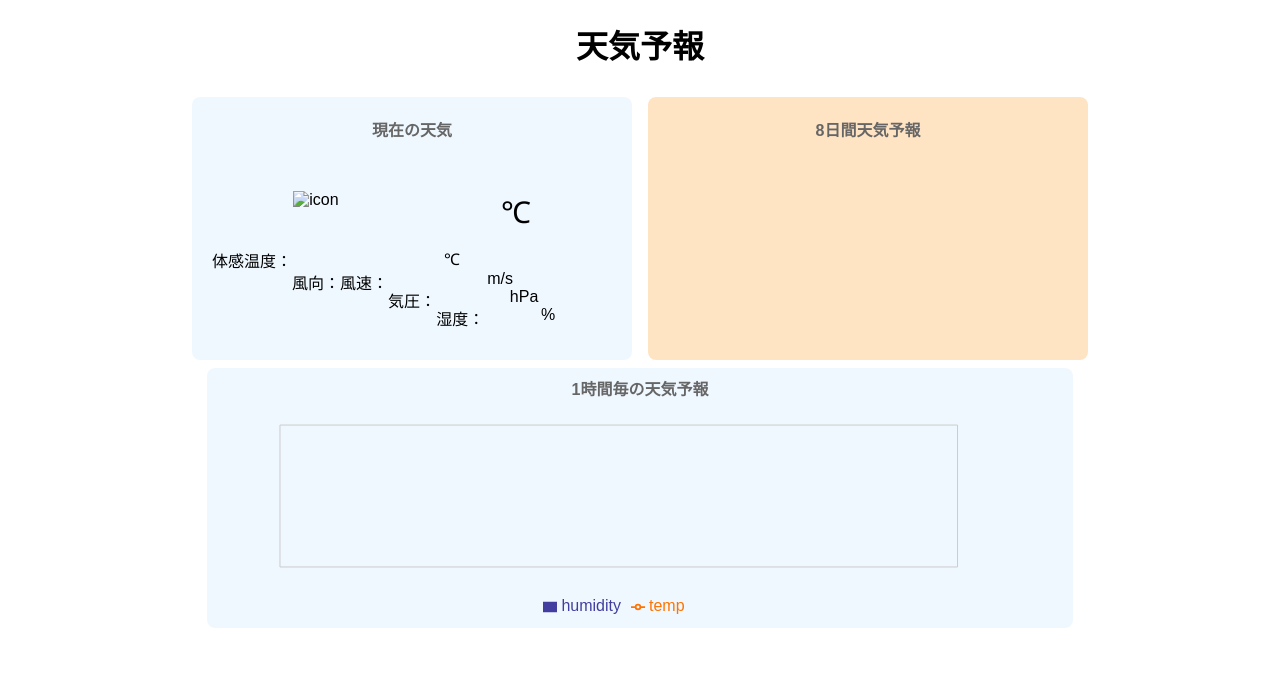
Repository: IshigureTomoki/weather-app
Page: /
An editor plug-in stored every save of this project. The page is shown before and after a run of saves, followed by the edit.
The browser window is 1280 px wide. The pictures show the whole page.
The page's requests for data from a server got no answer. The project was rebuilt for these pictures with package versions that can differ from the ones it lists, and the page was loaded fresh each time. No one was signed in, and anything a server would have sent is missing.

Above is the page before, as saved 2022-02-25 15:03:03.

### src/App.tsx
import axios from "axios";
import { report } from "process";
import React, { useEffect, useState } from "react";
import { convertTypeAcquisitionFromJson } from "typescript";
import "./App.css";
import { LinePlot } from "./components/LinePlot";

function App() {
  useEffect(() => {
    wetherOneCall();
  }, []);

  type weatherReportType = {
    time: string;
    timezone: string;
    temp: string;
    feels_like: string;
    wind_deg: string;
    wind_speed: string;
    pressure: string;
    humidity: string;
    weatherDescription: string;
    weatherIcon: string;
  };

  type weatherDailyReportsType = {
    dt: number;
    temp: {
      max: string;
      min: string;
    };
    weather: [
      {
        description: string;
        icon: string;
        id: string;
        main: string;
      }
    ];
  };

  type weatherHourlyReportsType = {
    time: string;
    temp: string;
    humidity: string;
  };

  const [weatherReport, setWeatherReport] = useState<weatherReportType>();
  const [weatherDailyReports, setWeatherDailyReports] = useState<
    weatherDailyReportsType[]
  >([]);

  const [weatherHourlyReports, setWeatherHourlyReports] = useState<
    weatherHourlyReportsType[]
  >([]);
  const [serchCity, setSearchCity] = useState("");

  const time = (dt: number) => {
    const srTime = new Date(dt * 1000);
    const time = srTime.toLocaleTimeString();
    return `${time}`;
  };

  const hour = (dt: number) => {
    const srTime = new Date(dt * 1000);
    const hour = srTime.getHours();
    return `${hour}`;
  };

  const mday = (dt: number) => {
    const srTime = new Date(dt * 1000);
    const day = srTime.toLocaleDateString();
    return `${day}`;
  };

  const date = (dt: number) => {
    const srTime = new Date(dt * 1000);
    const date = srTime.getDate();
    return `${date}`;
  };

  const dayOfWeekStr = (dt: number) => {
    const srTime = new Date(dt * 1000);
    const day = srTime.getDay();
    const dayOfWeekStrJP = ["日", "月", "火", "水", "木", "金", "土"];
    return `(${dayOfWeekStrJP[day]})`;
  };

  const wetherOneCall = async () => {
    await axios
      .get(
        "https://api.openweathermap.org/data/2.5/onecall?lat=35.690&lon=139.692&lang=ja&units=metric&appid=ff86fbdda3c22e95ce0071f6a7826f6c"
      )
      .then((res) => {
        console.log(res);

        const get_wind_deg = (wind_deg: number) => {
          let r = "北↓";
          if (wind_deg >= 11.25) r = "北北東";
          if (wind_deg >= 33.75) r = "北東↙︎";
          if (wind_deg >= 56.25) r = "東北東";
          if (wind_deg >= 78.75) r = "東←";
          if (wind_deg >= 101.25) r = "東南東";
          if (wind_deg >= 123.75) r = "南東↖︎";
          if (wind_deg >= 146.25) r = "南南東";
          if (wind_deg >= 168.75) r = "南↑";
          if (wind_deg >= 191.25) r = "南南西";
          if (wind_deg >= 213.75) r = "南西↗︎";
          if (wind_deg >= 236.25) r = "西南西";
          if (wind_deg >= 258.75) r = "西→";
          if (wind_deg >= 281.25) r = "西北西";
          if (wind_deg >= 303.75) r = "北西↘︎";
          if (wind_deg >= 326.25) r = "北北西";
          return r;
        };

        const report = {
          time: `${mday(res.data.current.dt)} ${time(res.data.current.dt)}`,
          timezone: res.data.timezone,
          temp: res.data.current.temp,
          feels_like: res.data.current.feels_like,
          wind_deg: get_wind_deg(res.data.current.wind_deg),
          wind_speed: res.data.current.wind_speed,
          pressure: res.data.current.pressure,
          humidity: res.data.current.humidity,
          weatherDescription: res.data.current.weather[0].description,
          weatherIcon: `http://openweathermap.org/img/wn/${res.data.current.weather[0].icon}@2x.png`,
        };

        const hourlyreports = res.data.hourly.map(
          (hourly: any, index: number) => {
            return {
              time: hour(hourly.dt),
              temp: hourly.temp,
              humidity: hourly.humidity,
            };
          }
        );

        hourlyreports.length = 24;

        console.log(report);
        setWeatherReport(report);
        setWeatherDailyReports(res.data.daily);
        console.log(hourlyreports);
        setWeatherHourlyReports(hourlyreports);
      });
  };
  return (
    <>
      <div className="App">
        <h1>天気予報</h1>
        <div className="upper">
          <div className="now-area">
            <div className="title">現在の天気</div>
            <div className="nowtime">{weatherReport?.time}</div>
            <div className="nowplace">{weatherReport?.timezone}</div>
            <div className="nowtemps">
              <div>
                <img src={weatherReport?.weatherIcon} alt="icon" width={120} />
              </div>
              <div>
                <div className="nowtemp">{weatherReport?.temp}℃</div>
                <div className="nowdes">
                  {weatherReport?.weatherDescription}
                </div>
              </div>
            </div>
            <dl>
              <dt>体感温度</dt>
              <dd>{weatherReport?.feels_like}℃</dd>
              <dt>風向</dt>
              <dd>{weatherReport?.wind_deg}</dd>
              <dt>風速</dt>
              <dd>{weatherReport?.wind_speed}m/s</dd>
              <dt>気圧</dt>
              <dd>{weatherReport?.pressure}hPa</dd>
              <dt>湿度</dt>
              <dd>{weatherReport?.humidity}%</dd>
            </dl>
          </div>

          <div className="dayly-area">
            <div className="title">8日間天気予報</div>

            {weatherDailyReports.map((report) => (
              <>
                <div className="dayly">
                  <div className="daylyd">
                    {date(report.dt)}
                    {dayOfWeekStr(report.dt)}
                  </div>
                  <div className="daylyi">
                    <img
                      src={`http://openweathermap.org/img/wn/${report.weather[0].icon}@2x.png`}
                      alt="icon"
                      width={40}
                    />
                  </div>
                  <div className="daylyde">{report.weather[0].description}</div>
                  <div className="daylym">
                    {report.temp.max}/{report.temp.min}℃
                  </div>
                </div>
              </>
            ))}
          </div>
        </div>

        <div className="hourly-area">
          <div className="title">1時間毎の天気予報</div>
          <LinePlot data={weatherHourlyReports} />
        </div>
      </div>
    </>
  );
}

export default App;

### src/App.css
body {
  font-family: sans-serif;
}

.App {
  text-align: center;
}

.upper {
  display: flex;
  justify-content: center;
}
.now-area {
  text-align: center;
  background-color: aliceblue;
  width: 400px;
  padding: 20px;
  margin: 8px;
  border-radius: 8px;
}
.nowtime {
  font-size: 30px;
}

.nowplace{
  font-size: 25px;
}
.nowtemps{
  padding-top: 30px;
  display: flex;
  justify-content:space-around;
}

.nowtemp{
  font-size: 30px;
}

dt {
  float: left;
}

dt::after {
  content: "：";
}

.dayly-area {
  text-align: center;
  background-color: bisque;
  width: 400px;
  padding: 20px;
  margin: 8px;
  border-radius: 8px;
}

.dayly {
  display: flex;
}

.daylyd {
  width: 60px;
}

.daylyi {
  width: 90px;
}

.daylym {
  width: 150px;
}

.daylyde {
  width: 100px;
}

.hourly-area {
  background-color: aliceblue;
  width: 850px;
  padding: 8px;
  margin: 0 auto;
  border-radius: 8px;
}
.title {
  text-align: center;
  margin: 0px 0px 20px 0px;
  font-weight: bold;
  color: #666;
}

### src/components/LinePlot.tsx
import {
  Line,
  CartesianGrid,
  XAxis,
  YAxis,
  Tooltip,
  Bar,
  ComposedChart,
  ResponsiveContainer,
  Legend,
} from "recharts";

export const LinePlot = (props: any) => {
  const data = props.data;
  // const data = [
  //   { time: "15", temp: 8.67, humidity: 5 },
  //   { time: "16", temp: 8.87, humidity: 24 },
  //   { time: "17", temp: 8.61, humidity: 25 },
  //   { time: "18", temp: 8.26, humidity: 26 },
  //   { time: "19", temp: 6.67, humidity: 60 },
  //   { time: "20", temp: 5.31, humidity: 68 },
  //   { time: "21", temp: 3.73, humidity: 10 },
  //   { time: "22", temp: 3.32, humidity: 22 },
  // ];
  console.log(data);
  return (
    <ResponsiveContainer width="95%" height={200}>
      <ComposedChart  data={data}>
        <Bar
          yAxisId={2}
          dataKey="humidity"
          barSize={15}
          fill="#413ea0"
          label={{ fill: "white", fontSize: 10 }}
        />
        <Line yAxisId={1} type="monotone" dataKey="temp" stroke="#ff7300" />
        <CartesianGrid stroke="#ccc" />
        <XAxis dataKey="time" label={{ value: "時刻", dx: 5 }} />
        <YAxis yAxisId={1} tickCount={8} unit="℃" label={{ value: "気温" }} />
        <YAxis
          yAxisId={2}
          tickCount={8}
          unit="%"
          label={{ value: "降水確率", dx: 5 }}
          orientation="right"
        />
        <Legend />
        <Tooltip />
      </ComposedChart>
    </ResponsiveContainer>
  );
};

Loaded but not shown: public/index.html (common file); src/index.tsx (common file); src/index.css (common file); src/reportWebVitals.ts (common file)

After the next 3 saves:
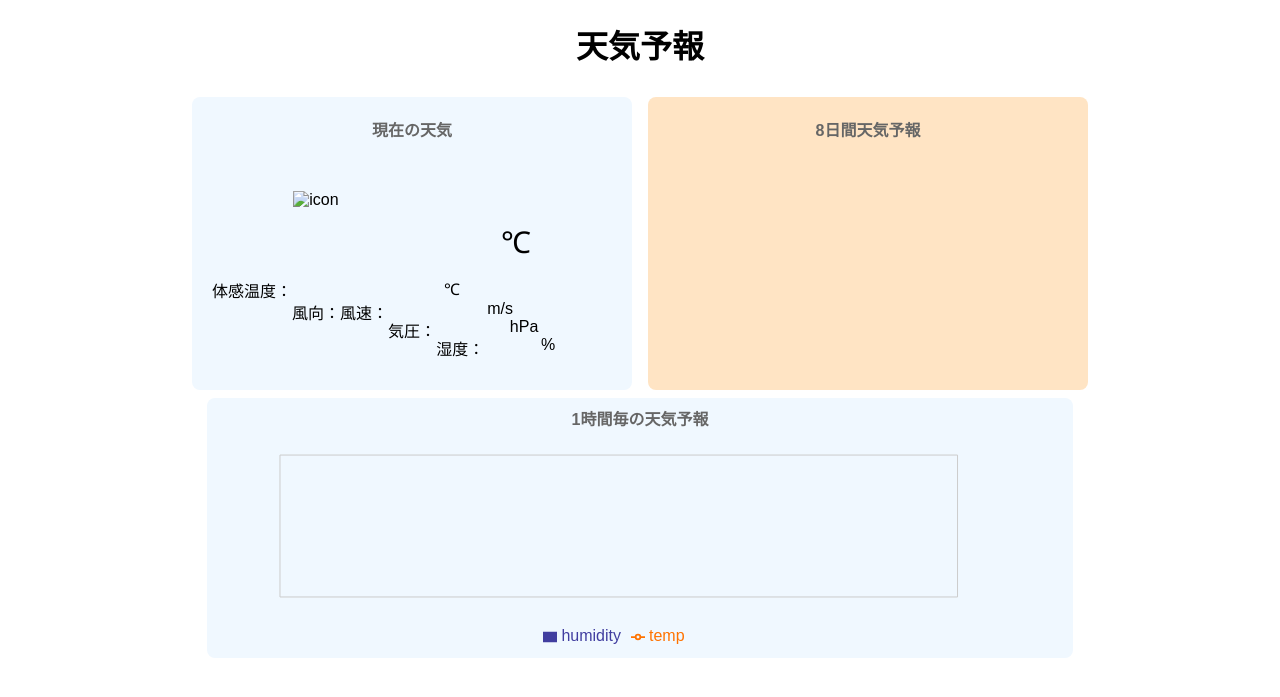
The 3 saves are shown as one change because 1 did not build or start and some came seconds apart.
The last was saved 60 s later.
--- a/src/App.tsx
+++ b/src/App.tsx
@@ -159,7 +159,7 @@
               <div>
                 <img src={weatherReport?.weatherIcon} alt="icon" width={120} />
               </div>
-              <div>
+              <div className="nowtemps">
                 <div className="nowtemp">{weatherReport?.temp}℃</div>
                 <div className="nowdes">
                   {weatherReport?.weatherDescription}

After the save that followed:
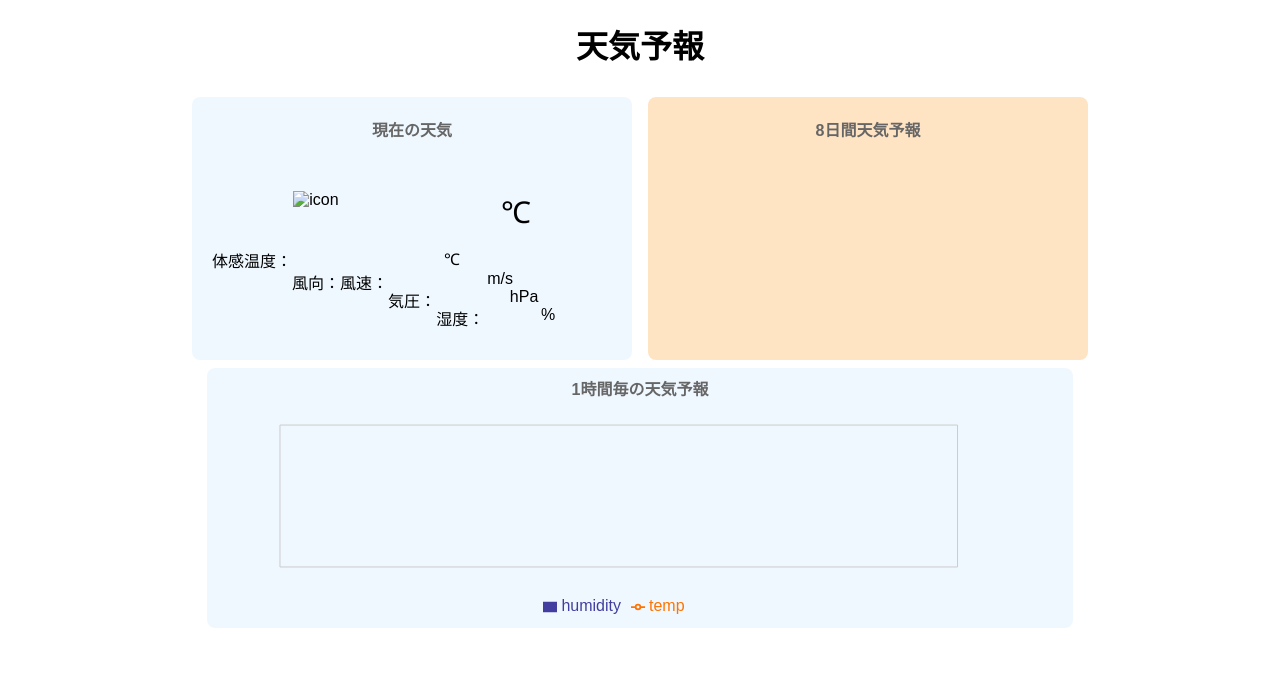
Saved 13 s later.
--- a/src/App.tsx
+++ b/src/App.tsx
@@ -159,7 +159,7 @@
               <div>
                 <img src={weatherReport?.weatherIcon} alt="icon" width={120} />
               </div>
-              <div className="nowtemps">
+              <div className="nowtemps2">
                 <div className="nowtemp">{weatherReport?.temp}℃</div>
                 <div className="nowdes">
                   {weatherReport?.weatherDescription}
